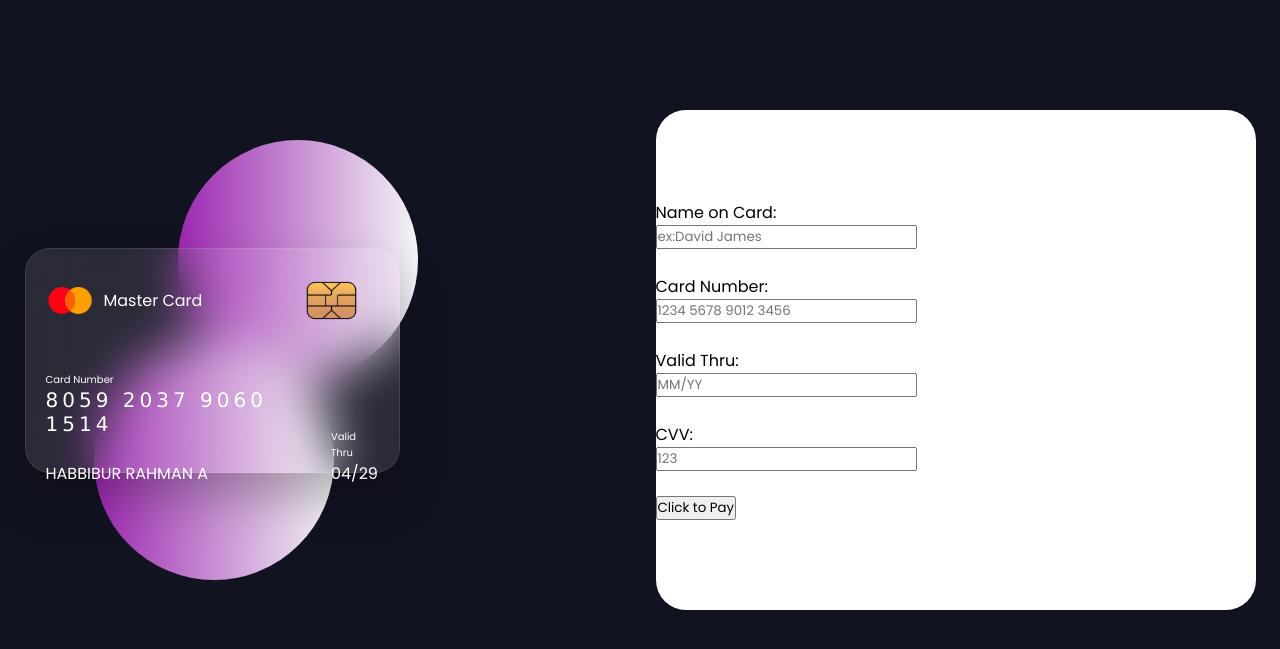
Repository: Habeebur1493/-002-Prompt
Page: index.html
The author's editor kept a copy of each file at every save. The page is drawn from the files as they stood at one save, then again after a run of saves.
The browser window is 1280 px wide. The pictures show the whole page.

Above is the page before, as saved 2024-09-11 01:12:05.

### index.html
<!DOCTYPE html>
<html lang="en">
<head>
    <meta charset="UTF-8">
    <meta name="viewport" content="width=device-width, initial-scale=1.0">
    <title>Flip Card</title>
    <link rel="stylesheet" href="style.css">
</head>
<body>
    <section>
        <div class="container">
            <div class="card front-face">
                <header>
                    <span class="logo">
                        <img src="Mastercard-Logo.webp" alt="">
                        <h5>Master Card</h5>
                    </span>
                    <img src="file (1).png" alt="" class="chip">
                </header>

                <div class="card-details">
                    <div class="name-number">
                        <h6>Card Number</h6>
                        <h5 class="number">8059 2037 9060 1514</h5>
                        <h5 class="name">HABBIBUR RAHMAN A</h5>
                    </div>
                    <div class="valid-date">
                        <h6>Valid Thru</h6>
                        <h5>04/29</h5>
                    </div>
                </div>
            </div>
            <div class="card back-face">
                <h6>
                    For customer service call +900 1400 1800 or email at mastercard@gmai.com
                </h6>
                <span class="magnetic-strip">
                    <div class="signature"><i>005</i></div>
                    <h5>
                        HDFC Millennia Debit Card
                    </h5>
                    <h6>Yours is a life where creating and living the moments matters more than making money.
                    </h6>
                </span>
            </div>
        </div>
        <div class="content">
            <form action="">
                <label for="name">Name on Card:</label>
                <input type="text" id="name" placeholder="ex:David James" required>
                <br>
                <label for="number">Card Number:</label>
                <input type="number" id="number" placeholder="1234 5678 9012 3456" required>
                <br>
                <label for="valid">Valid Thru:</label>
                <input type="text" id="valid" placeholder="MM/YY" required>
                <br>
                <label for="cvv">CVV:</label>
                <input type="number" id="cvv" placeholder="123" required>
                <br>
                <button>Click to Pay</button>
            </form>

        </div>
    </section>



</body>
</html>

### style.css
@import url('https://fonts.googleapis.com/css2?family=Poppins:ital,wght@0,100;0,200;0,300;0,400;0,500;0,600;0,700;0,800;0,900;1,100;1,200;1,300;1,400;1,500;1,600;1,700;1,800;1,900&display=swap');

*{
    margin: 0;
    padding: 0;
    box-sizing: border-box;
    font-family: "Poppins", sans-serif;
}
section{
    position: relative;
    min-height: 100vh;
    width: 100%;
    background: #121321;
    display: flex;
    align-items: center;
    justify-content: center;
    color: #fff;
    perspective: 1000px;

}
section::before {
    content: "";
    position: absolute;
    height: 240px;
    width: 240px;
    border-radius: 50%;
    transform: translate(-150px, -100px);
    background: linear-gradient(90deg, #9c27b0, #f3f5f5);
    margin-right: 30%;
}
section::after {
    content: "";
    position: absolute;
    height: 240px;
    width: 240px;
    border-radius: 50%;
    transform: translate(150px, 100px);
    background: linear-gradient(90deg, #9c27b0, #f3f5f5);
    margin-right: 90%;
}

.container{
    position: relative;
    height: 225px;
    width: 375px;
    z-index: 100;
    transition: 0.6s;
    transform-style: preserve-3d;
    margin-right: 10%;

}
.container:hover{
    transform: rotateY(180deg);
}
.container .card{
    position: absolute;
    height: 100%;
    width: 100%;
    padding: 20px;
    border-radius: 25px;
    backdrop-filter: blur(25px);
    background: rgba(255, 255, 255, 0.1);
    box-shadow: 0 25px 45px rgba(0, 0, 0, 0.25);
    border: 1px solid rgba(255, 255, 255, 0.1);
    backface-visibility: hidden;
}
.front-face header,
.front-face .logo{
    display: flex;
    align-items: center;
}
.front-face header{
    justify-content: space-between;
}
.front-face .logo img {
    width: 48px;
    margin-right: 10px;

}
h5{
    font-size: 16px;
    font-weight: 400;
}
.front-face .chip{
    width: 95px;
}
.front-face .card-details{
    display: flex;
    margin-top: 40px;
    align-items: flex-end;
    justify-content: space-between;
}
h6{
    font-size: 10px;
    font-weight: 400;

}
h5.number{
    font-size: 20px;
    padding: 0;
    letter-spacing: 4px;
    font-family: Geneva;
}
h5.name{
    margin-top: 25px
}
.card.back-face{
    border: none;
    padding: 15px 25px 25px 25px;
    transform: rotateY(180deg);
}
.card.back-face h6{
    font-size: 8px;
}
.card.back-face .magnetic-strip{
    position: absolute;
    top: 40px;
    left: 0;
    height: 45px;
    width: 100%;
    background: #000;
}

.card.back-face .signature{
    display: flex;
    justify-content: flex-end;
    align-items: center;
    margin-top: 80px;
    height: 40px;
    width: 85%;
    border-radius: 6px;
    background: repeating-linear-gradient(
        #fff,
        #fff 3px,
        #efefef 0px,
        #efefef 9px);
}
.signature i {
    color: #000;
    font-size: 12px;
    padding: 4px 6px;
    border-radius: 4px;
    background-color: #fff;
    margin-right: -30px;
    z-index: -1;

}
.card.back-face h5{
    align-items: center;
    margin-left: 25%;
    font-size: 12px;
    margin-top: 15px;
}
.card.back-face h6{
    align-items: center;
    margin-left: 5%;
    font-size: 7px;
    margin-top: 1px;
}

.content{
    height: 500px;
    width: 600px;
    background-color: #fff;
    margin-left: 10%;
    border-radius: 30px;
    display: flex;
    flex-direction: column;
    justify-content: center;
    align-items: center;
}



.content > form{
    color: #000;
    display: flex;
    flex-direction: column;
    justify-content: flex-start;
    align-items: flex-start;
    width: 100%;
    pa
}

After the next 2 saves:
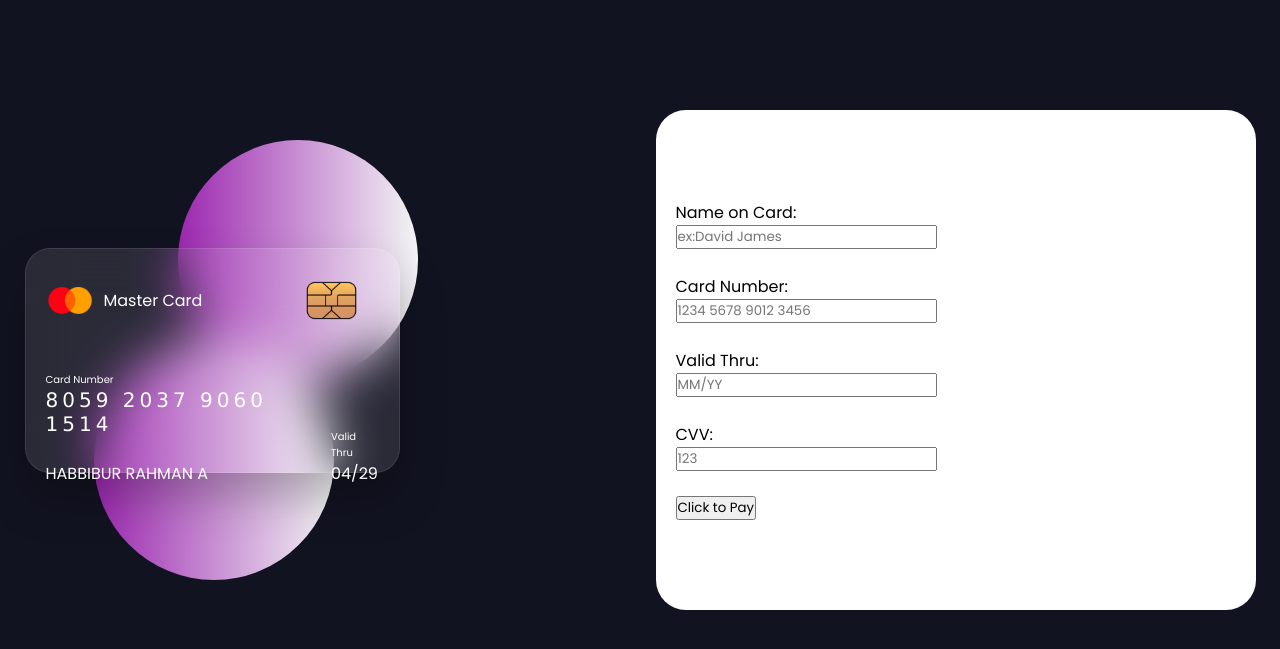
The 2 saves are shown as one change because they came seconds apart.
The last was saved 6 s later.
--- a/style.css
+++ b/style.css
@@ -179,5 +179,5 @@
     justify-content: flex-start;
     align-items: flex-start;
     width: 100%;
-    pa
+    padding: 20px;
 }
